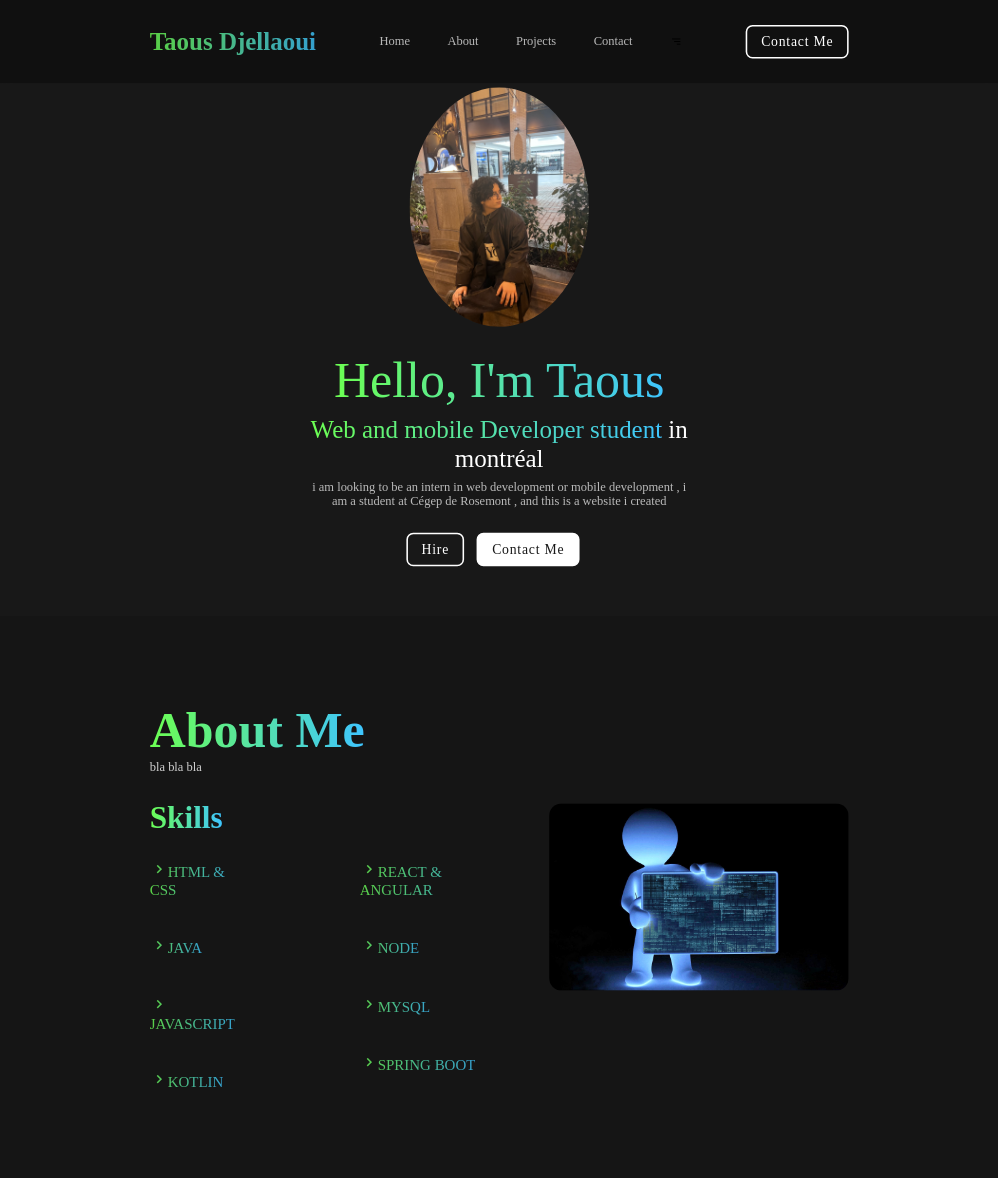
Repository: taousdjellaoui/portfolio-
Page: portfolio/index.html
The author's editor kept a copy of each file at every save. The page is drawn from the files as they stood at one save, then again after the next save.
The browser window is 1280 px wide. The pictures show the whole page, at 78% of full size.

Above is the page before, as saved 2024-09-23 22:34:09.

### portfolio/index.html
<!DOCTYPE html>
<html lang="en">
  <head>
    <meta charset="UTF-8" />
    <meta name="viewport" content="width=device-width, initial-scale=1.0" />
    <title>Portfolio Website</title>
    <link rel="stylesheet" href="style.css" />
    <link href='https://unpkg.com/boxicons@2.1.4/css/boxicons.min.css' rel='stylesheet'>
  </head>
  <body>
    <nav>
      <a href="#" class="logo"><span>Taous Djellaoui</span></a>
      <ul class="links">
        <a href="#home">Home</a>
        <a href="#about">About</a>
        <a href="#projects">Projects</a>
        <a href="#contact">Contact</a>
        <i class='bx bx-menu-alt-right' id="Menu"></i>
      </ul>
      <a href="#contact" class="btn">Contact Me</a>

    </nav>
    <section id="home">
      <img src="image.jpg" alt="">
      <div class="info-box">
        <h1><span>Hello, I'm Taous</span></h1>
        <h3><span>Web and mobile Developer student</span> in montréal</h3>
        <p>i am looking to be an intern in web development or mobile development , i am a student
           at Cégep de Rosemont , and this is a website i created  </p>
      </div>
      <div class="btn-box">
        <div class="btn">Hire</div>
        <div class="btn">Contact Me</div>
        <div></div>

      </div>
    </section>

    <section id="about">
      <div class="about-box">
        <div class="about-info">
          <h1><span>About Me</span></h1>
          <p>bla bla bla </p>

        </div>
        <h2><span>Skills</span></h2>
        <div class="skills">
          <ul>
            <li>
              <span><i class='bx bx-chevron-right' ></i>HTML & CSS</span>
            </li>
            <li>
              <span><i class='bx bx-chevron-right' ></i>JAVA</span>
            </li>
            <li>
              <span><i class='bx bx-chevron-right' ></i>JAVASCRIPT</span>
            </li>
            <li>
              <span><i class='bx bx-chevron-right' ></i>KOTLIN</span>
            </li>
          </ul>
          <ul>
            <li>
              <span><i class='bx bx-chevron-right' ></i>REACT & ANGULAR</span>
            </li>
            <li>
              <span><i class='bx bx-chevron-right' ></i>NODE</span>
            </li>
            <li>
              <span><i class='bx bx-chevron-right' ></i>MYSQL</span>
            </li>
            <li>
              <span><i class='bx bx-chevron-right' ></i>SPRING BOOT</span>
            </li>
          </ul>
        </div>

      </div>
      <img src="Computer-Science-Pictures.jpg" alt="">
    </section>


    <script src="script.js"></script>
  </body>
</html>

### portfolio/style.css
* {
  margin: 0;
  padding: 0;
  box-sizing: border-box;
  text-decoration: none;
  list-style: none;
  scroll-behavior: smooth;
  font-family: "Poppins";
}
:root {
  --background: rgb(24, 24, 24);
  --second-background: rgb(21, 21, 21);
}
body{
  min-height: 100vh;
  background-color: var(--background);
}
nav{
position:fixed;
top:0;
width: 100%;
padding: 2em 15%;
display: flex;
align-items: center;
justify-content: space-between;
background-color:rgba(15,15,15,0.8);
backdrop-filter: blur(10px);
z-index: 1000;
}
ul{
  display:flex;
  align-items: center;
  gap: 3em;

}
nav ul a{
  color: white;
  opacity: 0.7;
  transition:0.2s ease-in-out;
}
nav ul a:hover{
  opacity: 1;

}
.logo{
  font-size:2em;
  color: white;
  font-weight: 800;
  opacity: 0.8;
  transition: 0.2s ease-in-out;

}
.logo:hover{
  opacity: 1;
}
.btn{
  padding : 0.5em 1em;
  color : white;
  font-weight: 500;
  letter-spacing:1px ;
  border-radius: 0.5em;
  font-size: 1.1em;
  border: 2px solid white;
  cursor: pointer;
  transition: 0.3s ease-in-out;

}
.btn:hover{
  background-color: white;
  color: var(--background);

}
span{
  background: linear-gradient(to right,#6cff52,#3ec5ff);
  background-clip: text;
  color:transparent;
}
#menu{
  color:white;
  font-size:3em;
  display:none;
}
section{
  min-height: 100vh;
  padding: 5% 15%;
}
#home{
display: flex;
flex-direction: column;
align-items:center;
justify-content: center;
gap:2em;
color:white;

}
#home img{
width:18vw;
border-radius: 100%;
margin-top: 3em;

}
.info-box{
  display: flex;
  flex-direction: column;
  text-align: center;
  gap: 0.5em;
  max-width: 500px;

}
.info-box h1{
  font-size:4em;
  font-weight: 500;
}
.info-box h3{
  font-size:2em;
  font-weight: 400;
}
.info-box p{
 opacity:0.7;
}
.btn-box{
  display: flex;
  gap: 1em;
}
.btn-box .btn:nth-of-type(2){
  background-color:white;
  color: var(--background)
}
.btn-box .btn:nth-of-type(2):hover{
  background-color: var(--background);
  color:white;

}
::-webkit-scrollbar{
  width: 20px;
  background-color: var(--background);
}
::-webkit-scrollbar-thumb{
  background: linear-gradient(to bottom,#788077,#a8b2b7);

}
#about{
  background-color: var(--second-background);
  display: flex;
  align-items:center;
  justify-content: center;
  gap: 5em;

}
#about img{
  width: 30vw;
  border-radius:1em;

}
.about-box{
  display:flex;
  flex-direction: column;
  text-align: left;
  gap: 2em;
}
.about-box h1{
  font-size: 4em;
}
.about-box p{
color:white;
opacity:0.8;
}
.skills{
  display:flex;
  text-align: left;
  gap: 10em;

}
.skills ul{
  font-size: 1em;
  font-weight: 500;
  display:flex;
  flex-direction: column;
  color:white;
  opacity:0.8;
  align-items: baseline;
}
.skills ul li{
  display: flex;
  gap : 0.5em;
   font-size: 1.2em;
   transition:0.3s ease-in-out;
}
.skills ul li:hover{
  transform: translateX(10px);
}
.skills ul li i{
 font-size:1.2em;

}
.about-box h2{
  font-size: 2.5em;
}

Loaded but not shown: portfolio/script.js (no stored copy; drawn as an empty file)

After the next save:
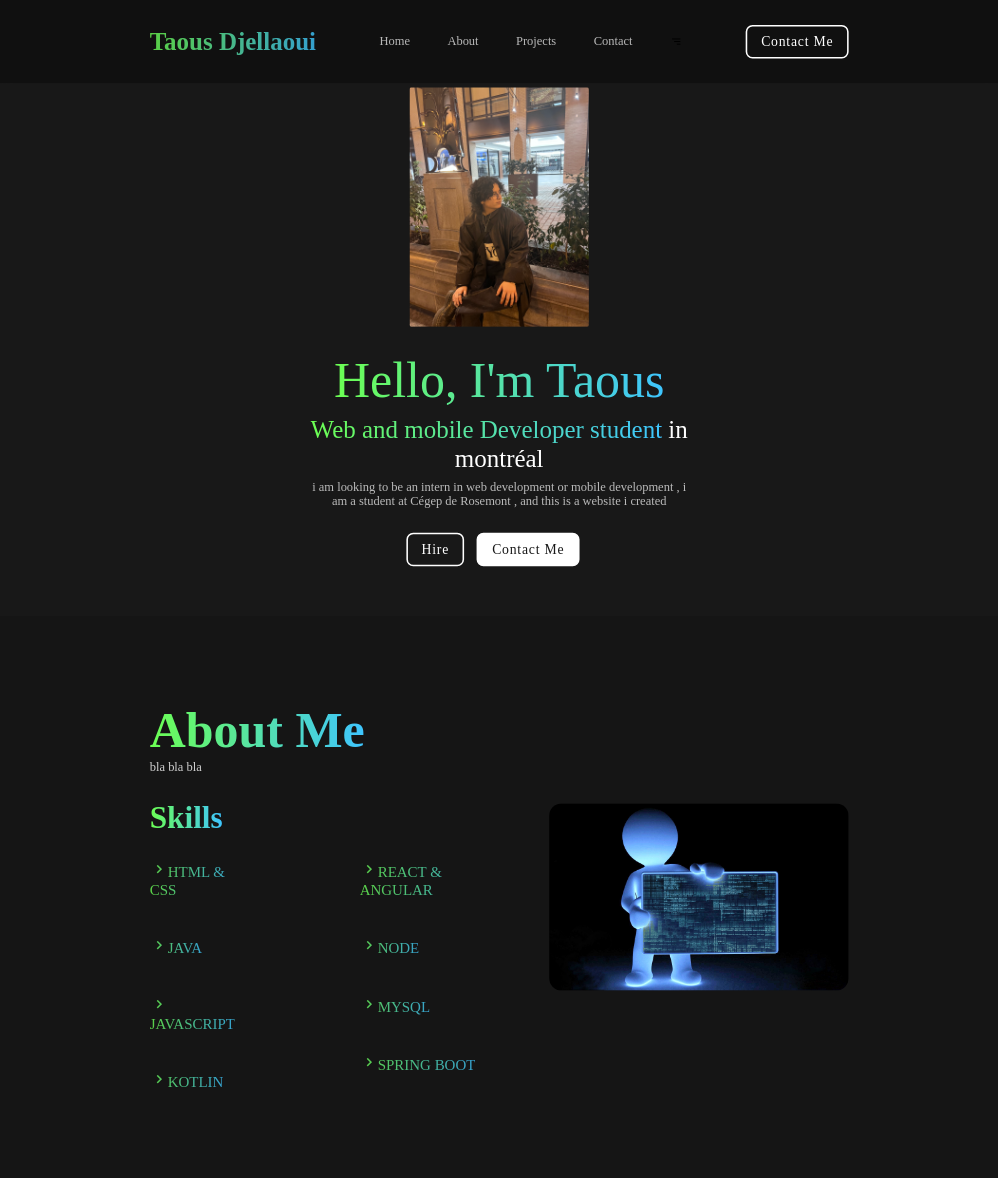
Saved 11 s later.
--- a/portfolio/style.css
+++ b/portfolio/style.css
@@ -95,7 +95,7 @@ color:white;
 }
 #home img{
 width:18vw;
-border-radius: 100%;
+border-radius: 1%;
 margin-top: 3em;
 
 }
